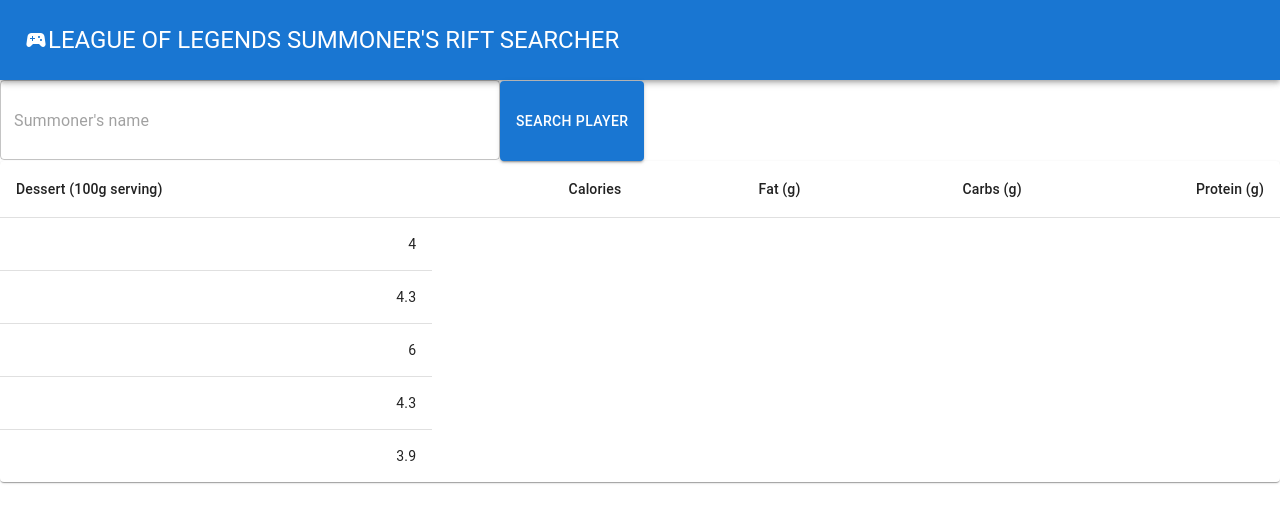
Repository: Mikerr21/League-Of-Legends-API
Page: /
The author's editor kept a copy of each file at every save. The page is drawn from the files as they stood at one save, then again after the next save.
The browser window is 1280 px wide. The pictures show the whole page.
The page's requests for data from a server got no answer. The project was rebuilt for these pictures with package versions that can differ from the ones it lists, and the page was loaded fresh each time. No one was signed in, and anything a server would have sent is missing.

Above is the page before, as saved 2022-09-24 22:10:04.

### public/index.html
<!DOCTYPE html>
<html lang="en">
  <head>
    <meta charset="utf-8" />
    <link rel="icon" href="%PUBLIC_URL%/favicon.ico" />
    <meta name="viewport" content="width=device-width, initial-scale=1" />
    <meta name="theme-color" content="#000000" />
    <meta
      name="description"
      content="Web site created using create-react-app"
    />
    <link rel="apple-touch-icon" href="%PUBLIC_URL%/logo192.png" />

    <title>React App</title>
  </head>
  <body>
    <noscript>You need to enable JavaScript to run this app.</noscript>
    <div id="root"></div>

  </body>
</html>

### src/App.js
import React from "react";
import axios from "axios";
import { useState } from "react";
import { AppBar } from "@mui/material";
import { Toolbar } from "@mui/material";
import { CssBaseline } from "@mui/material";
import SportsEsportsIcon from "@mui/icons-material/SportsEsports";
import OutlinedInput from "@mui/material/OutlinedInput";

import { Typography } from "@mui/material";
import { Button } from "@mui/material";
import { Box } from "@mui/material";

import Table from '@mui/material/Table';
import TableBody from '@mui/material/TableBody';
import TableCell from '@mui/material/TableCell';
import TableContainer from '@mui/material/TableContainer';
import TableHead from '@mui/material/TableHead';
import TableRow from '@mui/material/TableRow';
import Paper from '@mui/material/Paper';

function createData(name, calories, fat, carbs, protein) {
  return { name, calories, fat, carbs, protein };
}

const rows = [
  createData('Frozen yoghurt', 159, 6.0, 24, 4.0),
  createData('Ice cream sandwich', 237, 9.0, 37, 4.3),
  createData('Eclair', 262, 16.0, 24, 6.0),
  createData('Cupcake', 305, 3.7, 67, 4.3),
  createData('Gingerbread', 356, 16.0, 49, 3.9),
];



function App() {
  const [searchPlayer, setSearchPlayer] = useState("");
  const [playerData, setPlayerData] = useState({});
  const API_KEY = "c4eb3244-2494-4789-a6a3-47b4f6d5b70a";

  function fetchPlayerData(event) {
    var API_KEY = "RGAPI-e5d7e95c-8a4e-4469-bf42-53bc6d1175b3";
    var API_CALL_STRING =
      "https://euw1.api.riotgames.com/lol/summoner/v4/summoners/by-name/" +
      searchPlayer +
      "?api_key=" +
      API_KEY;
    axios
      .get(API_CALL_STRING)
      .then(function (response) {
        //Success

        setPlayerData(response.data);
      })
      .catch(function (error) {
        //Error
        console.log(error);
      });
  }

  return (
    <div className="App">
      <CssBaseline />
      <AppBar position="static">
        <Toolbar variant="dense" style={{ height: "80px" }}>
          <SportsEsportsIcon></SportsEsportsIcon>
          <Typography variant="h5" component="h2">
            LEAGUE OF LEGENDS SUMMONER'S RIFT SEARCHER
          </Typography>
        </Toolbar>
      </AppBar>
      <Box>
        <OutlinedInput
          onChange={(e) => setSearchPlayer(e.target.value)}
          type="text"
          placeholder="Summoner's name"
          style={{ height: "80px", width: "500px" }}
        ></OutlinedInput>
        <Button
          onClick={fetchPlayerData()}
          variant="contained"
          style={{ height: "80px" }}
        >
          Search player
        </Button>
      </Box>
      {JSON.stringify(playerData.data)}
      <TableContainer component={Paper}>
      <Table sx={{ minWidth: 650 }} aria-label="simple table">
        <TableHead>
          <TableRow>
            <TableCell>Dessert (100g serving)</TableCell>
            <TableCell align="right">Calories</TableCell>
            <TableCell align="right">Fat&nbsp;(g)</TableCell>
            <TableCell align="right">Carbs&nbsp;(g)</TableCell>
            <TableCell align="right">Protein&nbsp;(g)</TableCell>
          </TableRow>
        </TableHead>
        <TableBody>
          {rows.map((row) => (
            <TableRow
              key={row.name}
              sx={{ '&:last-child td, &:last-child th': { border: 0 } }}
            >

              <TableCell align="right">{row.protein}</TableCell>
            </TableRow>
          ))}
        </TableBody>
      </Table>
    </TableContainer>
    </div>
  );
}

export default App;

Loaded but not shown: src/index.js (common file)

After the next save:
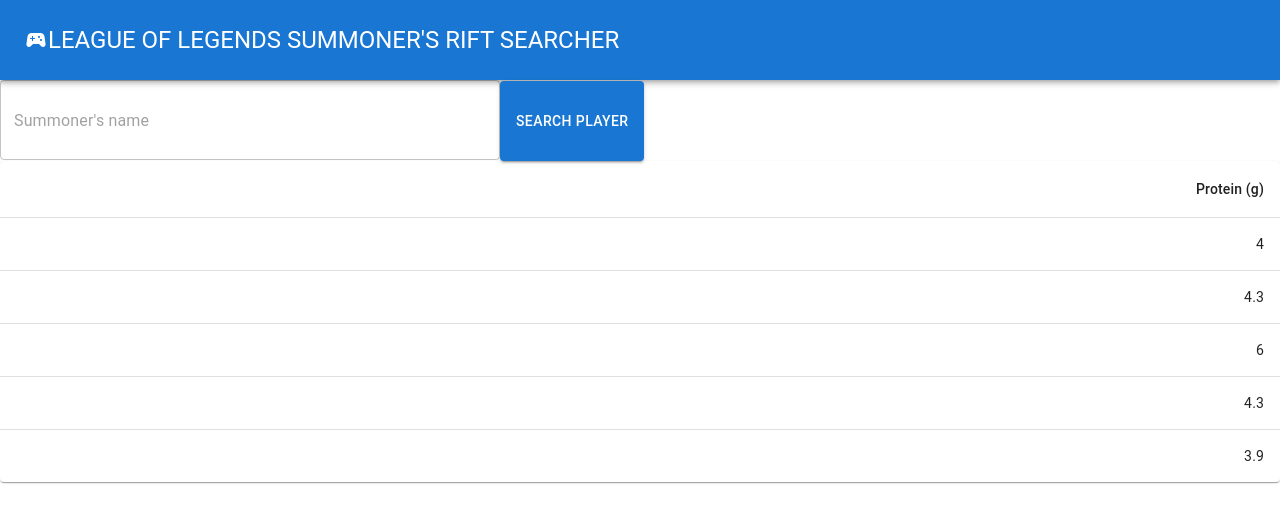
Saved 9 s later.
--- a/src/App.js
+++ b/src/App.js
@@ -89,10 +89,7 @@
       <Table sx={{ minWidth: 650 }} aria-label="simple table">
         <TableHead>
           <TableRow>
-            <TableCell>Dessert (100g serving)</TableCell>
-            <TableCell align="right">Calories</TableCell>
-            <TableCell align="right">Fat&nbsp;(g)</TableCell>
-            <TableCell align="right">Carbs&nbsp;(g)</TableCell>
+
             <TableCell align="right">Protein&nbsp;(g)</TableCell>
           </TableRow>
         </TableHead>
